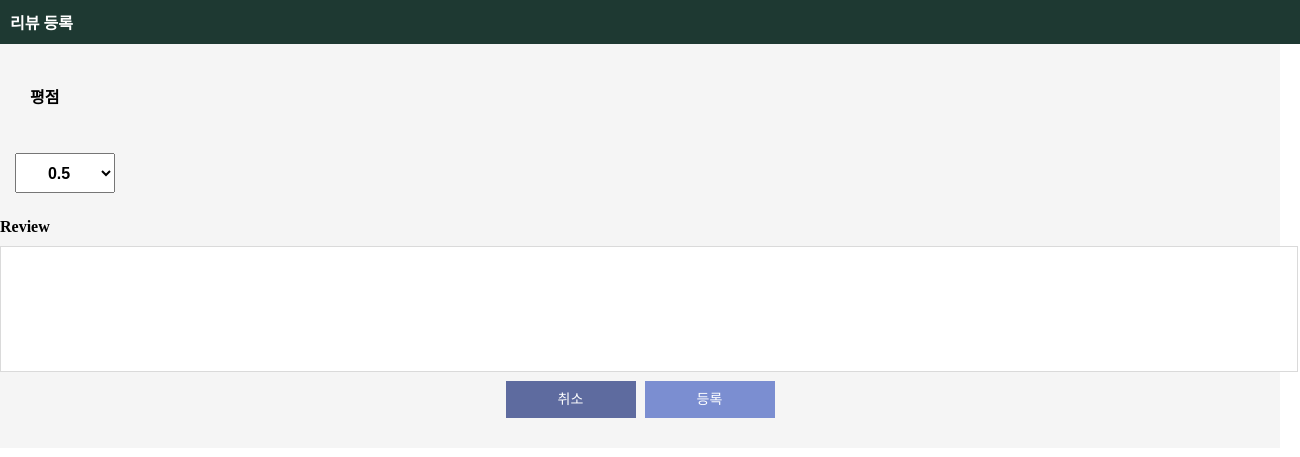
Repository: KimYoungHwans/Yproject
Page: http://localhost/Yproject/WEB-INF/views/replyEnroll.jsp
These files come from the project's save history. The page is drawn as it stood at one moment and after the next save; the edit follows.
The browser window is 1280 px wide. The page is 1300 px wide, so the pictures cover 1300 px, including what lies to the right of the window. The pictures show the whole page.
The page is served by Tomcat 9. Nobody is signed in. Other server files are loaded and not shown. The template is opened directly, without the code that normally fills it, so the values that code supplies are empty.

Above is the page before, as saved 2023-01-18 07:09:03.

### workspace/Yproject/src/main/webapp/WEB-INF/views/replyEnroll.jsp
<%@ page language="java" contentType="text/html; charset=UTF-8"
    pageEncoding="UTF-8"%>
<!DOCTYPE html>
<html>
<head>
<meta charset="UTF-8">
<title>Insert title here</title>

<script
  src="https://code.jquery.com/jquery-3.4.1.js"
  integrity="sha256-WpOohJOqMqqyKL9FccASB9O0KwACQJpFTUBLTYOVvVU="
  crossorigin="anonymous"></script>

   <style type="text/css">
  	/* 창 여분 없애기 */
  	body{
  		margin : 0;
  	}
  	/* 전체 배경화면 색상 */
  	.wrapper_div{
		background-color: #f5f5f5;
	    height: 100%;
  	}
 	/* 팝업창 제목 */
  	.subject_div{
	    width: 100%;
	    background-color: #1E3932;
	    color: white;
	    padding: 10px;
	    font-weight: bold;
  	}

  	/* 컨텐츠, 버튼 영역 padding */
  	.input_wrap{
  		padding: 30px;
  	}
  	.btn_wrap{
  		padding: 5px 30px 30px 30px;
  		text-align: center;
  	}

  	/* 버튼 영역 */
  	.cancle_btn{
  		margin-right:5px;
  	    display: inline-block;
	    width: 130px;
	    background-color: #5e6b9f;
	    padding-top: 10px;
	    height: 27px;
	    color: #fff;
	    font-size: 14px;
	    line-height: 18px;
  	}
  	.enroll_btn{
   	    display: inline-block;
	    width: 130px;
	    background-color: #7b8ed1;
	    padding-top: 10px;
	    height: 27px;
	    color: #fff;
	    font-size: 14px;
	    line-height: 18px;
  	}

	/* 상품제목 영역 */
	.productName_div h2{
		margin : 0;
	}
  	/* 평점 영역 */
  	.rating_div{
  		padding-top: 10px;
  	}
  	.rating_div h4{
  		margin : 30px;
  	}
  	select{
  	margin: 15px;
    width: 100px;
    height: 40px;
    text-align: center;
    font-size: 16px;
    font-weight: 600;
  	}
  	/* 리뷰 작성 영역 */
  	.content_div{
  		padding-top: 10px;
  	}
  	.content_div h4{
  		margin : 0;
  	}
  	textarea{
		width: 100%;
	    height: 100px;
	    border: 1px solid #dadada;
	    padding: 12px 8px 12px 8px;
	    font-size: 15px;
	    color: #a9a9a9;
	    resize: none;
	    margin-top: 10px;
  	}

  </style>
</head>
<body>

	<div class="wrapper_div">
		<div class="subject_div">
			리뷰 등록
		</div>

		<div class="rating_div">
			<h4> 평점 </h4>
				<select name="rating">
					<option value="0.5">0.5</option>
					<option value="1.0">1.0</option>
					<option value="1.5">1.5</option>
					<option value="2.0">2.0</option>
					<option value="2.5">2.5</option>
					<option value="3.0">3.0</option>
					<option value="3.5">3.5</option>
					<option value="4.0">4.0</option>
					<option value="4.5">4.5</option>
					<option value="5.0">5.0</option>
				</select>
		</div>
		<div class="content_div">
			<h4>Review</h4>
			<textarea name="content"></textarea>
		</div>

		<div class="btn_wrap">
			<a class="cancle_btn">취소</a>
			<a class="enroll_btn">등록</a>
		</div>

	</div>


	<script>

	//취소 버튼
	$(".cancle_btn").on("click", function(e){

		window.close();
	});


	//등록 버튼
	$(".enroll_btn").on("click",function(e){

		const productId = '${productIntro.productId}';
		const memberId = '${memberId}';
		const rating = $("select").val();
		const content = $("textarea").val();

		const data = {
				productId : productId,
				memberId : memberId,
				rating : rating,
				content : content
		}

		$.ajax({
			data : data,
			type : 'POST',
			url : '/reply/enroll',
			success : function(result){

				//댓글 초기화 후 팝업 창 닫아주기
				$(opener.location).attr("href", "javascript:replyListInit();");
				window.close();

			}

		});
	});

	</script>

</body>
</html>

After the next save:
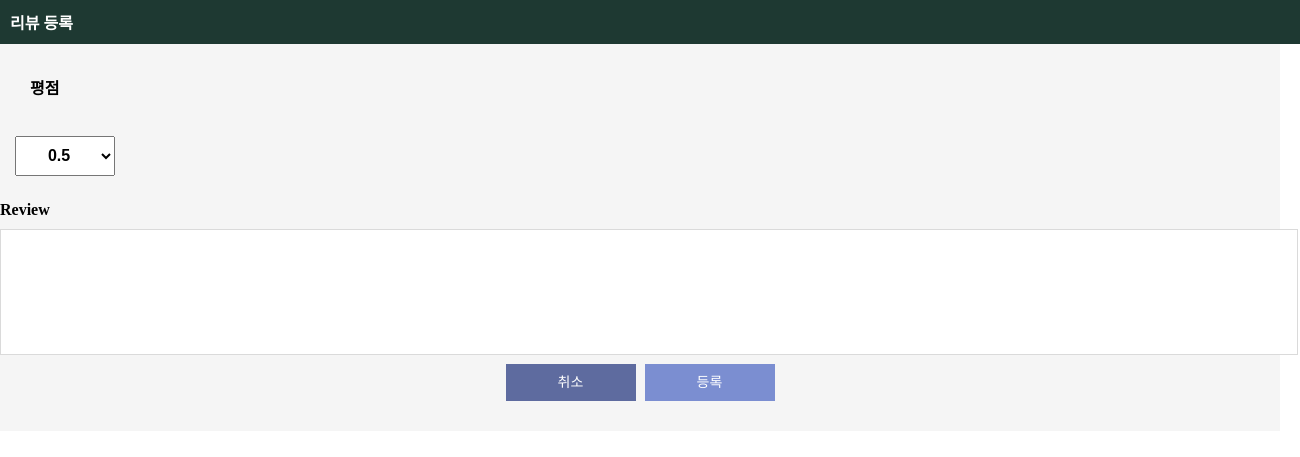
Saved 9 s later.
--- a/workspace/Yproject/src/main/webapp/WEB-INF/views/replyEnroll.jsp
+++ b/workspace/Yproject/src/main/webapp/WEB-INF/views/replyEnroll.jsp
@@ -71,7 +71,7 @@
   		padding-top: 10px;
   	}
   	.rating_div h4{
-  		margin : 30px;
+  		margin-left: 30px;
   	}
   	select{
   	margin: 15px;
